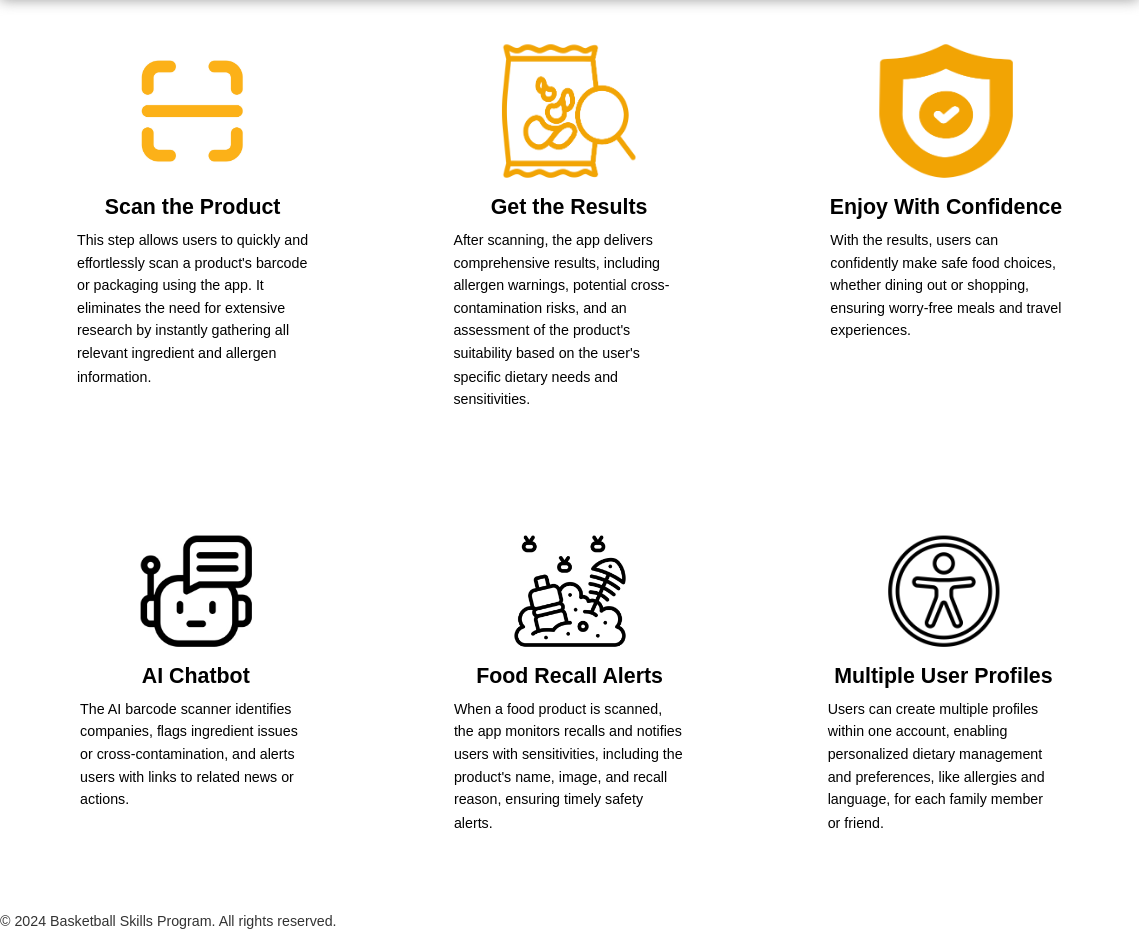
Repository: GavinPahal/landingpage
Page: /
An editor plug-in stored every save of this project. The page is shown before and after the next save, followed by the edit.
The browser window is 1280 px wide. The pictures show the part of the page from y = 720 to 1876 px (the page is 1765 px tall before and 1876 px after), at 89% of full size.
The project was rebuilt for these pictures with package versions that can differ from the ones it lists, and the page was loaded fresh each time. The framework's server and built-in components were replaced by stand-ins that run in the browser. Also part of the build but not shown: next.config.mjs.

Above is the page before, as saved 2024-11-28 15:48:11.

After the next save:
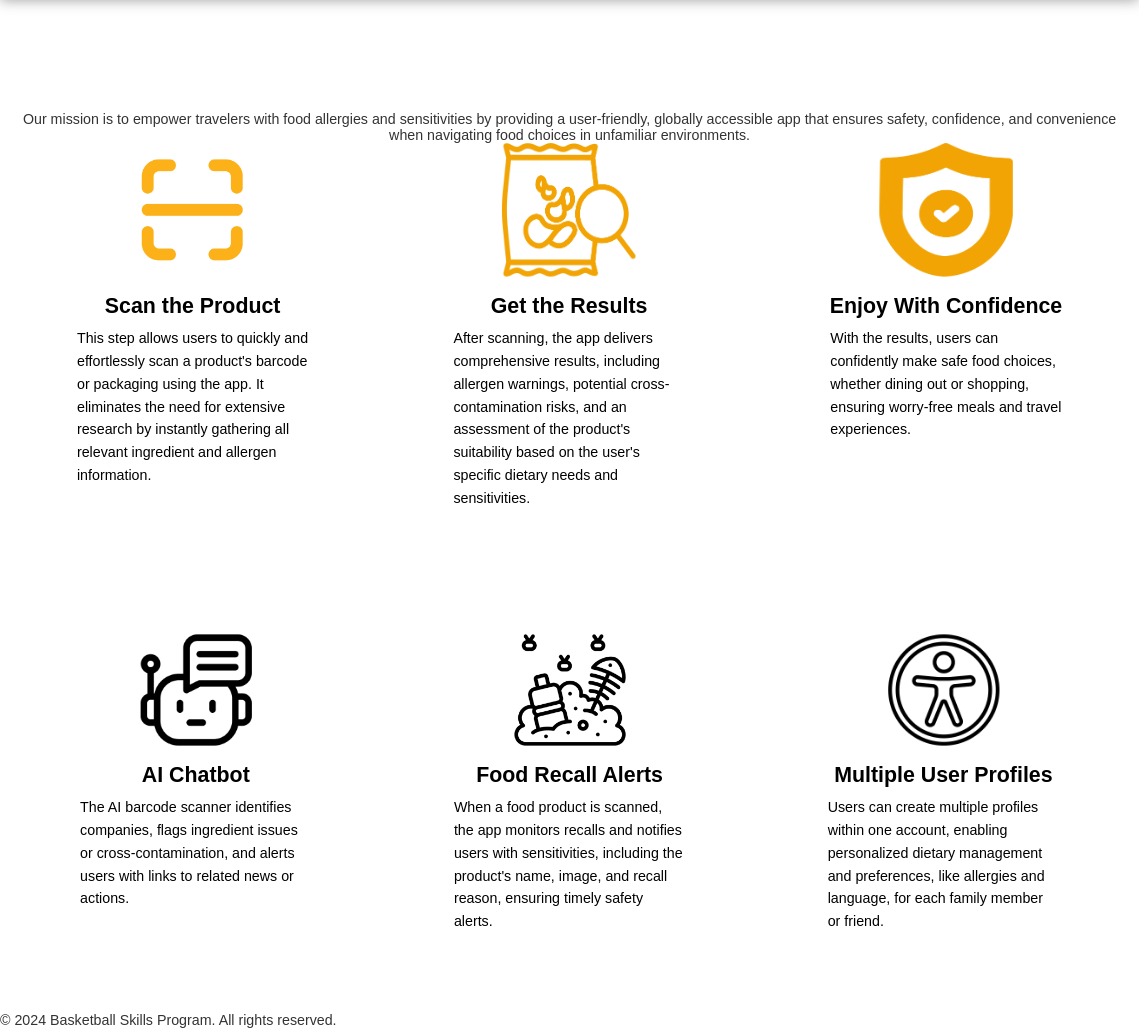
Saved 10 s later.
--- a/components/Features.js
+++ b/components/Features.js
@@ -1,9 +1,17 @@
 import Image from "next/image";
-
 
 export default function Features() {
   return (
     <section className="features">
+      {/* Mission Statement Section */}
+      <div className="missionStatement">
+        <h2>Our Mission</h2>
+        <p>
+          Our mission is to empower travelers with food allergies and sensitivities by providing a user-friendly, globally accessible app that ensures safety, confidence, and convenience when navigating food choices in unfamiliar environments.
+        </p>
+      </div>
+
+      {/* Features Cards Section */}
       <div className="infoCards">
         <div className="card" style={{ margin: "0 10px" }}>
           <Image
@@ -13,8 +21,10 @@ export default function Features() {
             height={150}
           />
           <h3>Scan the Product</h3>
-          <p>This step allows users to quickly and effortlessly scan a product's barcode or packaging using the app.
-             It eliminates the need for extensive research by instantly gathering all relevant ingredient and allergen information. </p>
+          <p>
+            This step allows users to quickly and effortlessly scan a product's barcode or packaging using the app.
+            It eliminates the need for extensive research by instantly gathering all relevant ingredient and allergen information.
+          </p>
         </div>
         <div className="card" style={{ margin: "0 10px" }}>
           <Image
@@ -24,24 +34,25 @@ export default function Features() {
             height={150}
           />
           <h3>Get the Results</h3>
-          <p>After scanning, the app delivers comprehensive results, including allergen warnings, potential cross-contamination risks,
-             and an assessment of the product's suitability based on the user's specific dietary needs and sensitivities.
+          <p>
+            After scanning, the app delivers comprehensive results, including allergen warnings, potential cross-contamination risks,
+            and an assessment of the product's suitability based on the user's specific dietary needs and sensitivities.
           </p>
         </div>
         <div className="card" style={{ margin: "0 10px" }}>
           <Image
             src="/images/Confident.jpg"
-            alt="Feature 2"
+            alt="Feature 3"
             width={150}
             height={150}
           />
           <h3>Enjoy With Confidence</h3>
-          <p>With the results, users can confidently make safe food choices, whether dining out or shopping,
-             ensuring worry-free meals and travel experiences.
+          <p>
+            With the results, users can confidently make safe food choices, whether dining out or shopping,
+            ensuring worry-free meals and travel experiences.
           </p>
         </div>
       </div>
-
     </section>
   );
 }
